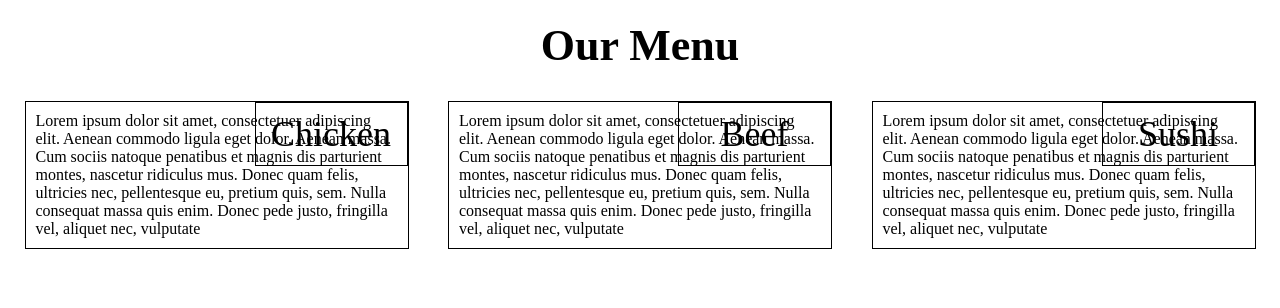
Repository: Normandy72/module2-solution
Page: index.html
These files come from the project's save history. The page is drawn as it stood at one moment and after the next save; the edit follows.
The browser window is 1280 px wide. The pictures show the whole page.
Some web fonts or font styles are not loaded; a fallback is used.

Above is the page before, as saved 2022-12-05 15:08:05.

After the next save:
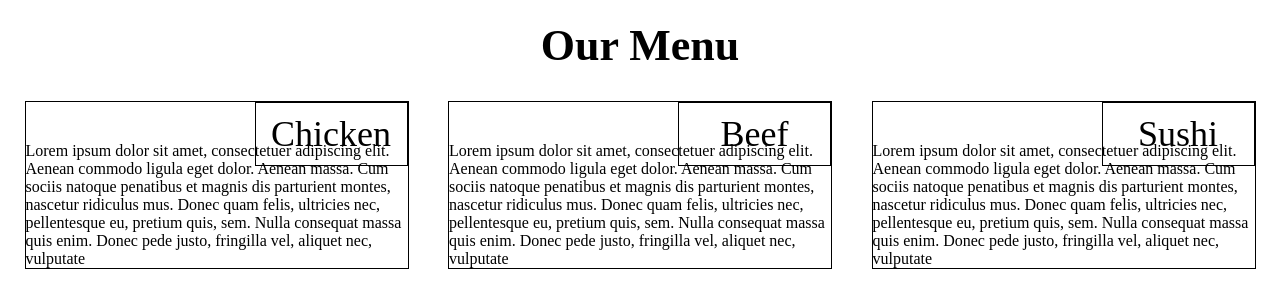
Saved 25 s later.
--- a/styles/style.css
+++ b/styles/style.css
@@ -40,5 +40,5 @@ h1{
 
 .card__text{
     font-size: 1.6rem;
-    padding: 10px;
+    padding-top: 40px;
 }
